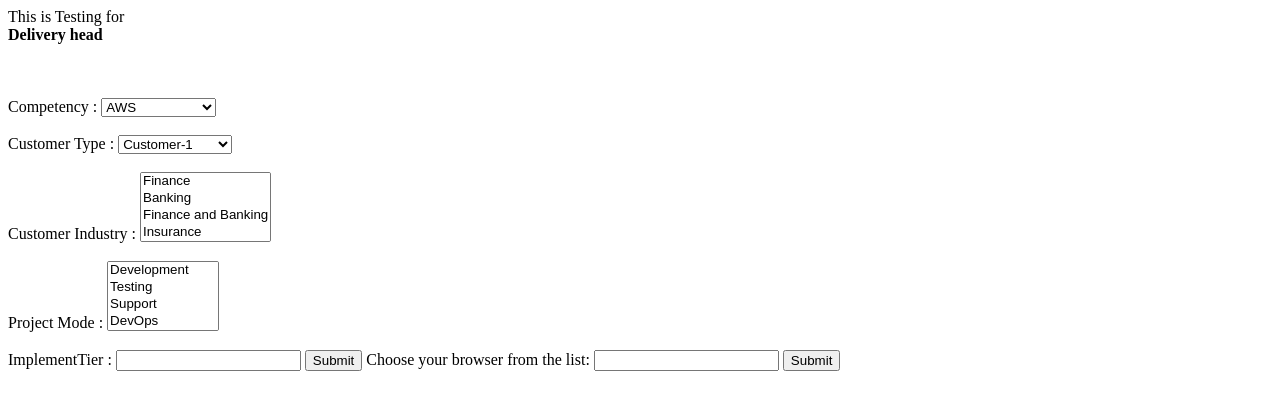
Repository: Perwaiz21/STS
Page: http://localhost/AWS_Web/
These files come from the project's save history. The page is drawn as it stood at one moment and after the next save; the edit follows.
The browser window is 1280 px wide. The pictures show the whole page.
The page is served by Tomcat 9.

Above is the page before, as saved 2021-02-18 09:55:17.

After the next save:
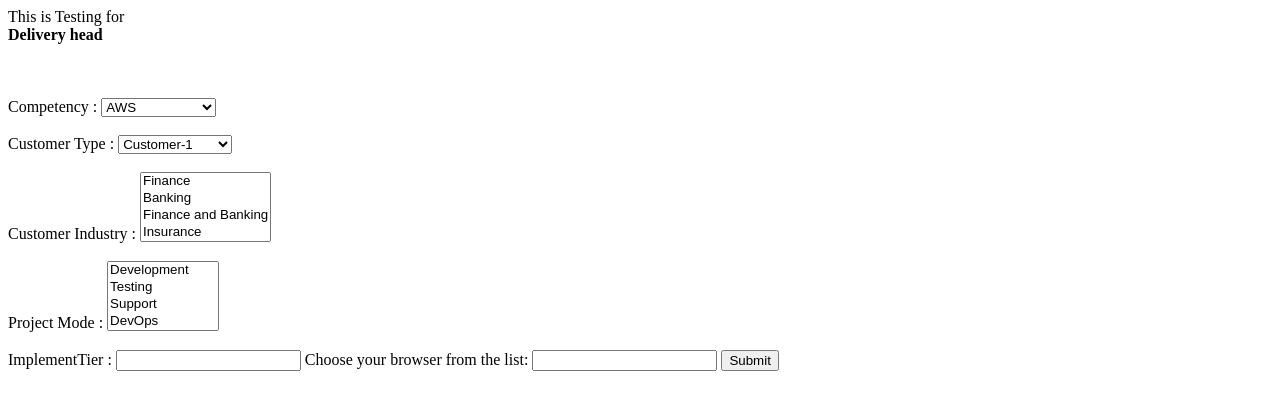
Saved 31 s later.
--- a/AWS_Web/WebContent/index.jsp
+++ b/AWS_Web/WebContent/index.jsp
@@ -61,7 +61,7 @@
 			<option value="ImplementTier-6">ImplementTier-6</option>
 			<option value="ImplementTier-7">ImplementTier-7</option>
 			</datalist>
-			<input type="submit">
+
 		</select> <label for="browser">Choose your browser from the list:</label> <input
 			list="browsers" name="browser" id="browser">
 		<datalist id="browsers">
